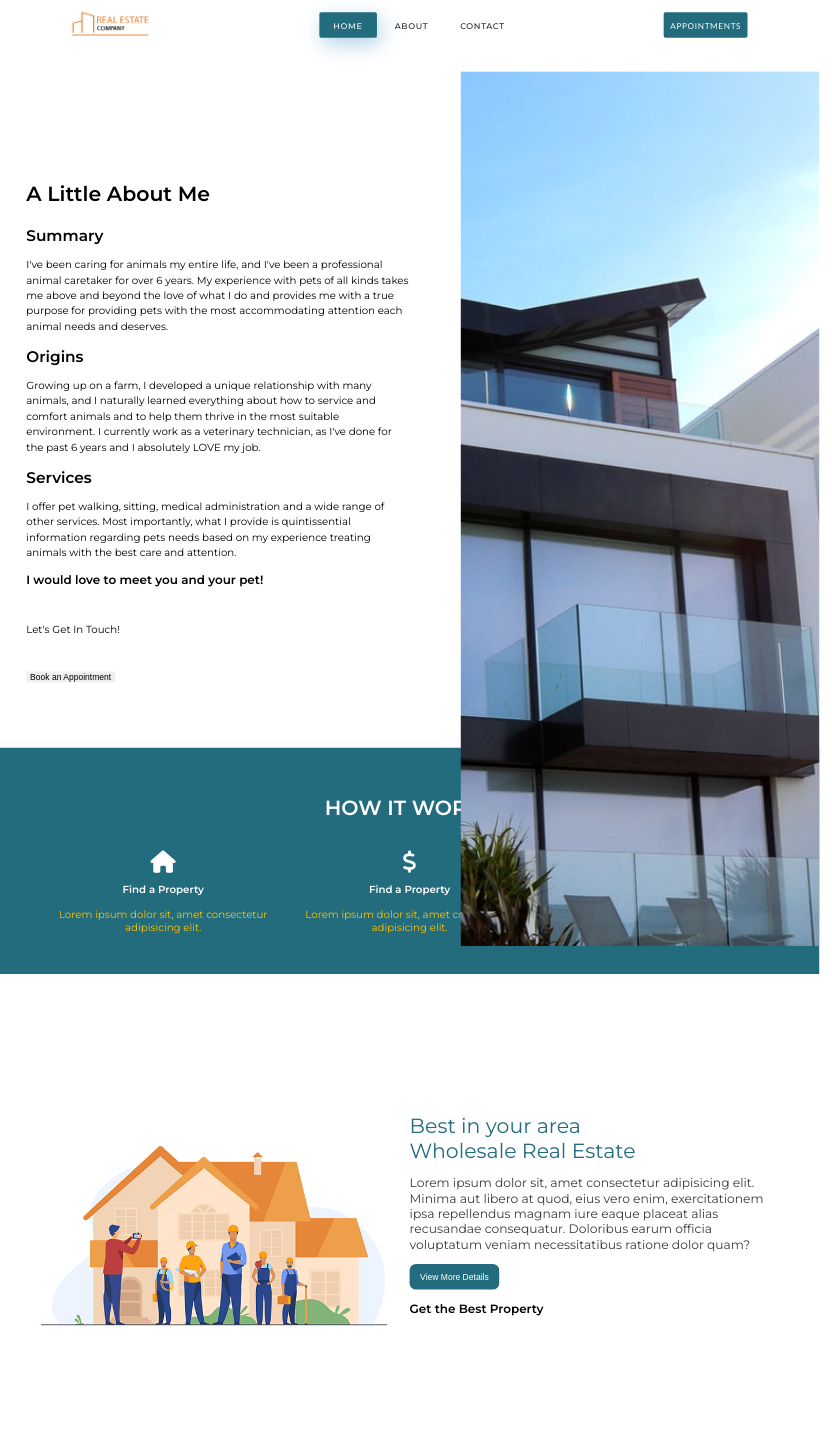
Repository: gabe126679/Mikes-site
Page: /about
The author's editor kept a copy of each file at every save. The page is drawn from the files as they stood at one save, then again after the next save.
The browser window is 1280 px wide. The page is 1280 px wide, then 1300 px, so the pictures cover 1300 px, including what lies to the right of the window. The pictures show the whole page, at 64% of full size.
Some web libraries are served in a nearby version. The project was rebuilt for these pictures with package versions that can differ from the ones it lists, and the page was loaded fresh each time. Also part of the build but not shown: src/components/Header.jsx, src/components/Contact.jsx, src/components/Agentbox.jsx, src/components/Agent.jsx, src/components/Bproperty.jsx, src/components/Item.js, src/components/CarouselItem.jsx, src/components/Properties.jsx and 1 more.

Above is the page before, as saved 2022-04-19 14:28:10.

### public/index.html
<!DOCTYPE html>
<html lang="en">
  <head>
    <meta charset="utf-8" />
    <link rel="icon" href="%PUBLIC_URL%/favicon.ico" />
    <meta name="viewport" content="width=device-width, initial-scale=1" />
    <meta name="theme-color" content="#000000" />
    <meta
      name="description"
      content="Web site created using create-react-app"
    />
    <link rel="apple-touch-icon" href="%PUBLIC_URL%/logo192.png" />

    <link rel="manifest" href="%PUBLIC_URL%/manifest.json" />
    <script src="https://kit.fontawesome.com/95dc93da07.js"></script>
    <title>Mike's Homes</title>
  </head>
  <body>
    <noscript>You need to enable JavaScript to run this app.</noscript>
    <div id="root"></div>

  </body>
</html>

### src/index.js
import React from 'react';
import ReactDOM from 'react-dom/client';
import './index.css';
import App from './App';
// import About from './components/About';
// import {
//   BrowserRouter,
//   Routes,
//   Route,
// } from "react-router-dom";

const root = ReactDOM.createRoot(document.getElementById('root'));
root.render(
//   <BrowserRouter>
//     <Routes>
//       <Route path="/" element={<App />}>
//       <Route path="homes" element={<About />} />
//         {/* <Route path="teams" element={<Teams />}>
//             <Route path=":teamId" element={<Team />} />
//             <Route path="new" element={<NewTeamForm />} />
//             <Route index element={<LeagueStandings />} />
//         </Route> */}
//       </Route>
//     </Routes>
//   </BrowserRouter>,
<App />,

);

### src/index.css
@import url('https://fonts.googleapis.com/css2?family=Montserrat:wght@300;400;500;600&display=swap');

/***fontawesome <script src="https://kit.fontawesome.com/95dc93da07.js"></script> *********/



body{
    margin:0px;
    padding: 0px;

    background-color: #ffffff;
    font-family: 'Montserrat', sans-serif;
}
*{
    box-sizing: border-box;
}
ul{
    list-style: none;
}
a{
    text-decoration: none;
}
button{
    outline: none;
    border: none;
}
input{
    outline: none;
    border: none;
}

.logo img{
    width: 120px;
}
.header{

    width:100%;
    height:768px;
    position: relative;
    background-repeat: no-repeat;
    background-size: cover;
    background-image: url("./images/header-bg.png");
}
nav{
	display: flex;
	justify-content: space-around;
	align-items: center;
	left: 0;
	top: 0;
	width:100%;
	z-index: 1;
	background-color: #FFFFFF;
}
nav ul{
	display: flex;
}
.active{
    background-color: #236c7e;
    color:rgb(255, 255, 255);
	box-shadow: 5px 10px 30px rgba(64, 149, 198, 0.411);
	transition: all ease 0.2s;
}
nav ul li a{
	height:40px;
	line-height: 43px;
	margin: 3px;
	padding: 0px 22px;
	display: flex;
	font-size: 0.8rem;
	text-transform: uppercase;
	font-weight: 500;
	color:#242424;
    letter-spacing: 1px;
    border-radius: 3px;
    transition: 0.2s ease-in-out;
}
.property{
    font-family: calibri;
	height:40px;
	line-height: 43px;
	padding: 0px 10px;
	display: flex;
	font-size: 0.8rem;
	text-transform: uppercase;
	font-weight: 500;
	color:#ffffff;
    letter-spacing: 1px;
    border-radius: 3px;
    transition: 0.2s ease-in-out;
    background-color: #236c7e;
}
nav ul li a:hover{
	background-color: #064757;
    color:#FFFFFF;
	box-shadow: 5px 10px 30px rgba(64, 149, 198, 0.411);
	transition: all ease 0.2s;
}
nav .menu-btn,
.menu-icon{
		display:none;
	}
.intro{
	font-family: 'Montserrat';
	width: 500px;
	position: absolute;
	left: 16%;
	top: 50%;
	transform: translate(-20%,-50%);
}
.intro span{
    color: #fc9700;
}
.intro .details{
    color: #1e4f5c;
}
.intro h1{
	font-family:'Montserrat';
	font-size: 46px;
	margin:0px;
	letter-spacing: 3px;
	color:#236c7e;
}
.intro p{
    color: #064757; font-weight: 500;
}
.header-btn{
	width:110px;
	height: 40px;
	display: flex;
	justify-content: center;
    align-items: center;
    background-color: #236c7e;
    box-shadow: 5px 10px 30px rgba(2, 82, 255, 0.137);
    border-radius: 10px;
	color:#ffffff;
}
.header-btn:hover{
	background-color: #04afda;
    transition: all ease 0.5s;
    color: #ffffff;
    box-shadow: 5px 0px 30px rgba(2, 154, 255, 0.39);
}
.container {
    max-width: 1140px;
    margin: 0 auto;
    padding: 0 20px;
}

.flex {
    display: flex;
    justify-content: space-between;
}
.how-it-works {
    padding: 3rem 0;
    background: #236c7e;
    text-align: center;
}

.how-it-works h2 {
    margin-bottom: 3rem;
    font-size: 2rem;
    font-family: 'Montserrat';
    color: #ffffff;
    font-weight: 600;
    text-transform: uppercase;
}

.how-it-works .flex > div {
    width: 30%;
}

.how-it-works h4 {
    color: #ffffff;
    margin-top: 1rem;
}
.how-it-works p{
    color: rgb(255, 196, 0);
}

.how-it-works span.fas {
    color: #ffffff;
    font-size: 35px;
}
  .about{
	width:100%;
	height: 100vh;
	background-color:#ffffff;
	box-sizing: border-box;
	display: flex;
	align-items: center;
	justify-content: space-between;
	padding: 50px 5% 0px 5%;
	position: relative;
}
.about-text{
	width: 50%;
}
.about-text h2{
	font-size: 2rem;
	color:#236c7e;
	font-weight: 400;
}
.about-text h2{
	margin: 0px;
	padding: 0px;
}
.about-text p{
	font-size: 1.2rem;
	color:#3a3a3a;

}
.about-text button{
	width: 140px;
	height: 40px;
	border-radius: 10px;
	border: none;
    outline: none;
    color: #ffffff;
	background-color:#236c7e;
}
.about-text button:hover{
	background-color: #04afda;
    transition: all ease 0.3s;
    color: #ffffff;
    box-shadow: 5px 0px 30px rgba(2, 154, 255, 0.39);
}
.about-model img{
    height: 400px;
}

.agent{
    width:100%;
    height:110vh;
    box-sizing: border-box;
    font-family: calibri;
    display: flex;
    flex-direction: column;
    align-items: center;
    justify-content: center;
    padding-top: 40px ;
    background: #236c7e;
}

.a-heading h1{
    color:#ffffff;
    font-size: 3rem;
    margin: 0px;
    padding: 0px;

}
.a-heading p{
    color:rgb(238, 238, 238);
    font-size: 1rem;
    margin: 0px;
    padding: 0px;
}
.a-heading{
    text-align: center;
    margin: 20px 0px;
}
.a-box{
    background-color: #ffffff;
    width:350px;
    height: 500px;
    margin: 20px;
    border-radius: 10px;
    overflow: hidden;
    box-shadow: 2px 2px 12px rgba(0,0,0,0.1);
    position: relative;
}
.b-container{
    display: flex;
    justify-content: center;
    align-content: center;
    width: 100%;

}
.a-b-img{
    width: 100%;
    height: 70%;

}
.a-b-img img{
    width:100%;
    height: 100%;
    object-fit: contain;
}
.a-b-text{
    width: 100%;
    height: 30%;
    background-color:#ffffff;
    display:flex;
    justify-content: center;
    align-items: center;
    text-align: center;
    flex-direction: column;
}
.a-box:hover{
    transform:translateY(-10px);
    transition: all ease 0.3s;

}
.agent-btn{
	width:110px;
	height: 40px;
	display: flex;
	justify-content: center;
    align-items: center;
    background-color: #236c7e;
    box-shadow: 5px 10px 30px rgba(2, 82, 255, 0.137);
    border-radius: 10px;
	color:#ffffff;
}
.agent-btn:hover{
	background-color: #04afda;
    transition: all ease 0.5s;
    color: #ffffff;
    box-shadow: 5px 0px 30px rgba(2, 154, 255, 0.39);
}

.product{
	width: 100%;
	background-color: #FFFFFF;
	display: flex;
	height: 760px;
	flex-direction: column;
	align-items: center;
	padding:40px 20px;
	position: relative;
	border-radius: 10px;
	margin-top: 70px;
}


.p-heading{

	margin:20px;
	text-shadow: 2px 2px 10px rgba(0,0,0,0.05);
}
.p-heading h3{
	font-weight: 600;
	letter-spacing: 2px;
	text-align: center;
	font-size:2.5rem;
	color:#323543;

}
.p-heading h3 font{
	color:#303030;
}
.product-container{
	display: flex;
	justify-content: center;
	align-items: center;
	flex-wrap: wrap;
	margin: 10px 0px;
	width:100%;
}
.p-box{
	width:350px;
	height: 420px;
	display: flex;
	justify-content: center;
	align-items: center;
	flex-direction: column;
	border-radius: 12px;
	position: relative;
	margin: 20px 30px;
    background-color: rgb(255, 255, 255);
    box-shadow: 2px 2px 30px rgba(0,0,0,0.1);
}
.p-box img{
	height:150px;
}
.p-box p{
	color:#4d4d4d70;
	font-family: myriad pro;
	font-size: 0.9rem;
	letter-spacing: 0.5;
}
.price-container {
  display: flex;
  align-items: center;
  justify-content: center;
}
.price{
	color:#2c2c2c;
	font-family: poppins;
	font-size: 1rem;
  position: relative;
  bottom: 120px;
  width: 100%;
  height: 100px;
  text-align: center;
}
.container-reviews {
  display: flex;
  align-items: center;
  height: 100%;
  position: relative;
  top: -70px;
}
.buy-btn{
	position: absolute;
	width:140px;
	height: 60px;
	display: flex;
	justify-content: center;
	align-items: center;
	font-family:calibri;
	left: 50%;
	bottom: 20px;
	transform: translateX(-50%);
	border-radius: 15% 15% 15% 15% / 50% 50% 50% 50%;
	background:linear-gradient(120deg,#064757 20%,#04afda);
	color:#FFFFFF;
	display: none;
	animation: fade 0.2s;
}
.p-box:hover .buy-btn{
	display: flex;
}
.p-box:hover{
	box-shadow: 2px 2px 30px rgba(0, 0, 0, 0.233);
	background-color:#FFFFFF;
}
.p-box:hover .price{
	color:#04afda;
	transition: all ease 0.2s;
}

@keyframes fade{
	0%{
		opacity: 0;
	}
	100%{
		opacity: 1;
	}
}
.contact{
    background-color: #236c7e;
	display:flex;
	flex-direction: column;
	justify-content: center;
	align-items: center;
    margin:8px 3px;
    margin-top: 1000px;
    padding: 30px 0px;
  overflow: hidden;
}
.contact h3{
	font-size:2.5rem;
    margin:20px;
    color: #ffffff;
}
.contact-input{
	width:350px;
	height:50px;
	background-color:#FFFFFF;
	display:flex;
	justify-content: center;
	border-radius: 50px;
	box-shadow: 2px 2px 30px rgba(0,0,0,0.15);
}
.contact-input input{
	width:100%;
	background-color: transparent;
	border:none;
	outline: none;
	text-align: center;
	color:#242425;
}
.contact-input a{
	width:150px;
	height:35px;
	background-color:#236c7e;
	color:#FFFFFF;
	display: flex;
	font-size: 0.9rem;
	justify-content: center;
	align-items: center;
	margin: auto 10px;
	border-radius: 20px;
	font-weight: 500;
}

.carousel {
  font-family: sans-serif;
  display: flex;
  align-items: center;
  justify-content: center;
  height: 100vh;
  object-fit: contain;

}
.carousel-img {
  width: 100%;
  object-fit: fill;
}
@media(min-width:1285px) {
  .contact {
    margin-top: 550px;
  }
}
@media(max-width:1190px){
	.header{
        background-size: 1150px !important;
        text-align: center;
	}
	.intro{
		left: 10%;
		top: 50%;
		transform: translate(-10%,-50%);
	}
	.about-model img{
		height:400px;
    }
    .agent{
		height:auto;
    }
    .b-container{
		flex-wrap: wrap;
	}
    .a-box{
		flex-grow: 1;
	}
	.a-b-img img{
		object-fit:contain;
	}


}

@media(max-width:970px){
  .header {
    background-image: none;
  }
	.main{
		background-image: none !important;

	}
	.intro{
		left: 50%;
		top: 50%;
		transform: translate(-50%,-50%);
    }

	.about-model{
		display: none;
	}
	.about{
        text-align: center;
		justify-content: center;
		padding-top: 0px;
	}
	.about-text{
		width: 90%;
	}
	.about-text h1{
		font-size:4rem;
  }
  .product{
    width: 100%;
    background-color: #FFFFFF;
    display: flex;
    height: 760px;
    flex-direction: column;
    align-items: center;
    padding:40px 20px;
    position: relative;
    border-radius: 10px;
    margin-top: 70px;
  }


}
@media(max-width:875px){
  .carousel-item {
    display: none;
  }
}
@media(max-width:600px){
	.intro{
		width:60%;
    }}
    .scroll{
      left: 42.5%;
    }
  .header-btn{
    margin-right: 38%;
  }


    @media (max-width: 500px) {
        .how-it-works .flex {
            display: block;
        }
        .header-btn{
          margin-right: 28%;
        }
        .how-it-works .flex > div {
            width: 100%;
            margin-top: 2rem;
        }


@media(max-width:1100px){.menu-icon{
    display:block;}

        nav{
            justify-content: space-between;
            height: 65px;
            padding: 0px 30px;
            position: fixed;
        }
        .property{
            background: none;
            font-size: 13px;
            color: #000;
            padding: 0px;
        }
        .logo img{
            width:70px;
        }
        .menu{
            display:none;
            position:absolute;
            top:65px;
            left:0px;
            background-color:#FFFFFF;
            border-bottom:4px solid #064757;
            width:100%;
            padding:0px;
            margin:0px;
        }
        .menu li{
            width:100%;
        }
        nav .menu li a{
            width:100%;
            height:40px;
            justify-content: center;
            align-items: center;
            margin:0px;
            padding: 25px;
            border:1px solid rgba(38,38,38,0.03);
        }
        nav .menu-icon{
            cursor:pointer;
            float:right;
            padding:28px 20px;
            position:relative;
            user-select: none;
        }
        nav .menu-icon .nav-icon{
            background-color:#333333;
            display:block;
            height:2px;
            position:relative;
            transition: background 0.2s ease-out;
            width:20px;
        }
        nav .menu-icon .nav-icon:before,
        nav .menu-icon .nav-icon:after{
            background:#333;
            content:'';
            display:block;
            height:100%;
            position:absolute;
            transition:all ease-out 0.2s;
            width:100%;
        }
        nav .menu-icon .nav-icon:before{
            top:5px;
        }
        nav .menu-icon .nav-icon:after{
            top:-5px;
        }
        nav .menu-btn:checked ~ .menu-icon .nav-icon{
            background:transparent;
        }
        nav .menu-btn:checked ~ .menu-icon .nav-icon:before{
            transform: rotate(-45deg);
            top:0;
        }
        nav .menu-btn:checked ~ .menu-icon .nav-icon:after{
            transform: rotate(45deg);
            top:0;
        }
        nav .menu-btn{
            display:none;
        }
        nav .menu-btn:checked ~ .menu{
            display:block;
        }}
        @media(max-width:400px){
            .s-box{
                width: 100%;
                height:400px;
            }
            .header-btn{
              margin-left: 38%;
            }

        }}

### src/App.js
import React from 'react';
import Header from './components/Header'
import Howitworks from './components/Howitworks'
import About from './components/About'
import PageAbout from './components/PageAbout'
import Agent from './components/Agent'
import Properties from './components/Properties'
import Contact from './components/Contact'
import All from './components/All'
import {
  BrowserRouter,
  Routes,
  Route,
} from "react-router-dom";


function App() {
  return (
    <div className="App">
      <BrowserRouter>
        <Routes>
          <Route
            path="/"
            element={<All />}
          />
          <Route
            path="/about"
            element={<PageAbout />}
          />
          <Route
            path="/contact"
            element={<Contact />}
          />
          <Route
            path="/Howitworks"
            element={<Howitworks />}
          />
        </Routes>

          {/* <Header />
          <Howitworks />
          <About />
          <Agent />
          <Properties />
          <Contact /> */}

      </BrowserRouter>
    </div>
  );
}

export default App;

### src/components/Howitworks.jsx
import React from 'react'

function Howitworks() {
  return (
    <div className="how-it-works">
        <div className="container">
            <h2>How It Works</h2>
            <div className="flex">
                <div>
                    <span className="fas fa-home"></span>
                    <h4>Find a Property</h4>
                    <p>Lorem ipsum dolor sit, amet consectetur adipisicing elit.</p>
                </div>

                <div>
                    <span className="fas fa-dollar-sign"></span>
                    <h4>Find a Property</h4>
                    <p>Lorem ipsum dolor sit, amet consectetur adipisicing elit.</p>
                </div>

                <div>
                    <span className="fas fa-chart-line"></span>
                    <h4>Find a Property</h4>
                    <p>Lorem ipsum dolor sit, amet consectetur adipisicing elit.</p>
                </div>
            </div>
        </div>
    </div>
  )
}

export default Howitworks;

### src/components/About.jsx
import React from 'react'
import aboutimage from '../images/hero.png';
import Contact from "./Contact"

function About() {
  return (
    <div className="about">
        <div className="about-model">
          <img src={aboutimage} alt="about image"/>
        </div>
        <div className="about-text">
          <h2>Best in your area <br/>Wholesale Real Estate</h2>
          <p>Lorem ipsum dolor sit, amet consectetur adipisicing elit. Minima aut libero at quod, eius vero enim, exercitationem ipsa repellendus magnam iure eaque placeat alias recusandae consequatur. Doloribus earum officia voluptatum veniam necessitatibus ratione dolor quam?</p>
          <button>View More Details</button>
          <h3>Get the Best Property</h3>
        </div>
    </div>
  )
}

export default About

### src/components/PageAbout.jsx
import React from 'react'
import ImageOne from '../images/home-1.jpg';
import styled from 'styled-components';
import Navbar from "./Navbar"
import About from "./About"
import Agent from "./Agent"
import Howitworks from "./Howitworks"

const Section = styled.section`
  display: flex;
  flex-direction: column;
  justify-content: center;
`;

const Container = styled.div`
  background: #fff;
  padding: 3rem 2rem;
  position: relative;
`;

const Wrap = styled.div`
  max-width: 1200px;
  margin: 0 auto;
`;

const ColumnLeft = styled.div`
  display: flex;
  flex-wrap: wrap;
  margin: 0px -15px;
  justify-content: flex-start;
  padding: 1rem;
`;

const Content = styled.div`
  flex: 0 0 50%;

  @media screen and (max-width: 768px) {
    flex: 0 0 100%;
    max-width: 100%;
    margin-top: 250px;
  }

  h1 {
    margin-bottom: 2rem;
    font-size: 2rem;
  }

  p {
    margin-bottom: 1rem;
    line-height: 1.5;
  }
`;

const ColumnRight = styled.div`
  position: absolute;
  top: -80px;
  right: 0;
  max-width: 850px;
  height: 140%;
  width: 45%;
  padding-left: 1rem;

  @media screen and (max-width: 768px) {
    height: 320px;
    top: -65px;
    width: 80%;
    margin: 0 auto;
    left: 0;
  }
`;

const Image = styled.img`
  height: 100%;
  width: 100%;
  object-fit: cover;
  position: relative;

`;

function PageAbout() {
  return (
    <div>
    <Section>
        <Navbar/>
        <br/>
        <br/>
        <br/>
        <br/>
        <br/>
        <br/>

        <Container>
            <Wrap>
            <ColumnLeft>
                <Content
                data-aos='fade-right'
                data-aos-duration='1200'
                data-aos-delay='300'
                data-aos-once='true'
                data-aos-anchor-placement='center bottom'
                className="border rounded text-center"
                >

                <h1 >A Little About Me</h1>
                <h2 >Summary</h2>
                <p>
                    I've been caring for animals my entire life, and I've been a professional animal caretaker for over 6 years. My experience with pets of all kinds takes me above and beyond the love of what I do and provides me with a true purpose for providing pets with the most accommodating attention each animal needs and deserves.
                </p>
                <h2 >Origins</h2>
                <p>
                    Growing up on a farm, I developed a unique relationship with many animals, and I naturally learned everything about how to service and comfort animals and to help them thrive in the most suitable environment. I currently work as a veterinary technician, as I've done for the past 6 years and I absolutely LOVE my job.
                </p>
                <h2 >Services</h2>
                <p>
                    I offer pet walking, sitting, medical administration and a wide range of other services. Most importantly, what I provide is quintissential information regarding pets needs based on my experience treating animals with the best care and attention.
                </p>
                <h3 >I would love to meet you and your pet!</h3>
                <br/>
                <p >Let's Get In Touch!</p>
                <br/>
                <p>

                </p>
                <div className="wide">
                    <button class="btn" to='/form' >Book an Appointment</button>
                </div>
                <br/>
                <br/>

                </Content>
            </ColumnLeft>
            <ColumnRight>
                <Image
                src={ImageOne}
                />
            </ColumnRight>
            </Wrap>
        </Container>
      <Howitworks/>
      <About/>
    </Section>


    </div>
  )
}

export default PageAbout;

### src/components/Navbar.jsx
import React from 'react'
import logo from "../images/logo1.png"
import { Link } from "react-router-dom";

function Navbar() {
  return (
    <nav>
        <a href="/homes" className="logo">
            <img src={logo} alt="logo"/>
        </a>
        <input className="menu-btn" type="checkbox" id="menu-btn"/>
        <label className="menu-icon" for="menu-btn">
            <span className="nav-icon"></span>
        </label>
        <ul className="menu">
            <li><Link to="/about" className="active">Home</Link></li>
            <li><Link to="/about">About</Link></li>
            <li><Link to="/contact">Contact</Link></li>
        </ul>
        <Link to="/howitworks" className="property">Appointments</Link>
        {/* <a href="/homes" className="property"></a> */}
    </nav>
  )
}

export default Navbar

After the next save:
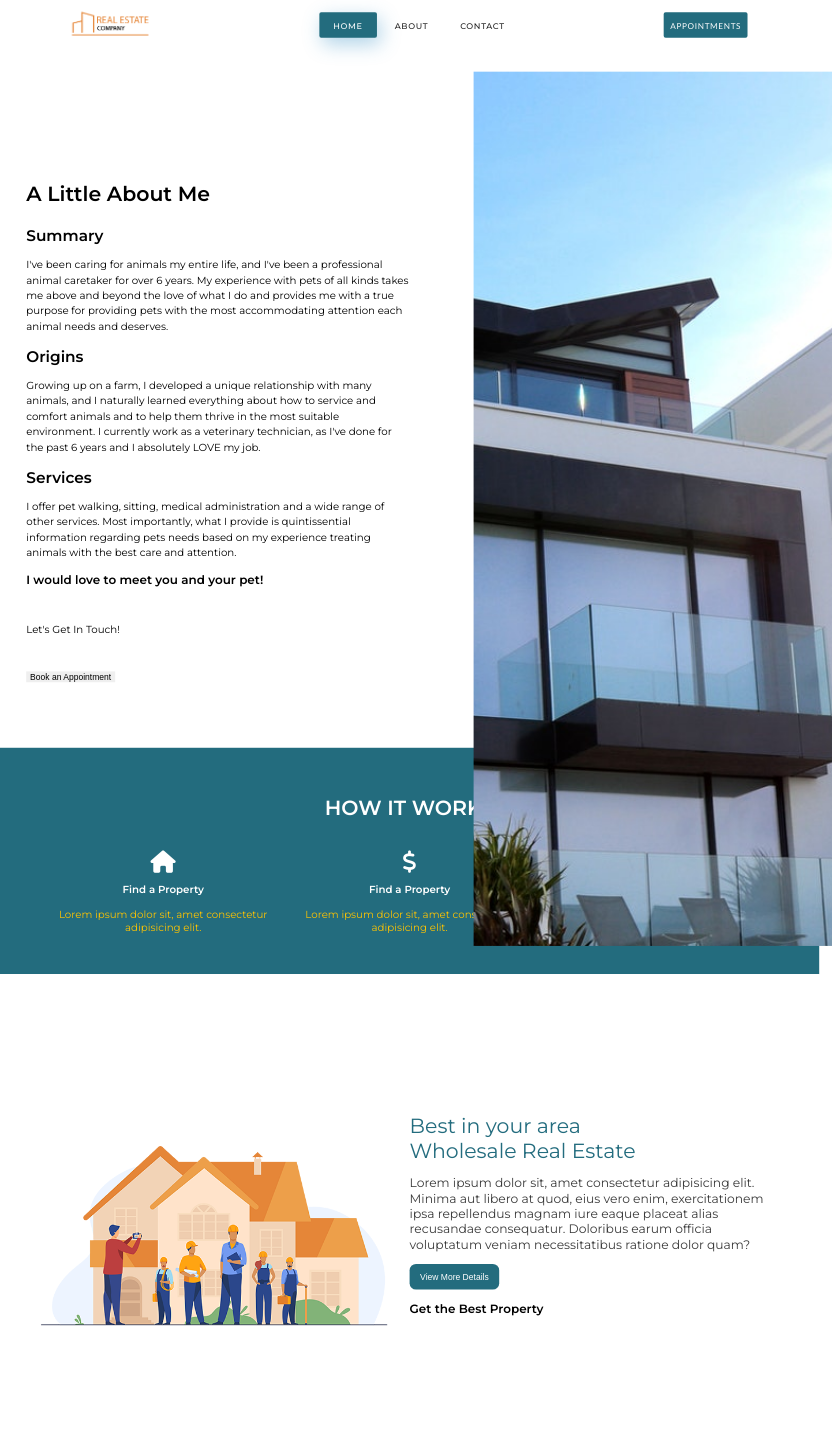
Saved 23 s later.
--- a/src/components/PageAbout.jsx
+++ b/src/components/PageAbout.jsx
@@ -74,7 +74,7 @@ const Image = styled.img`
   width: 100%;
   object-fit: cover;
   position: relative;
-
+  left: 20px;
 `;
 
 function PageAbout() {
